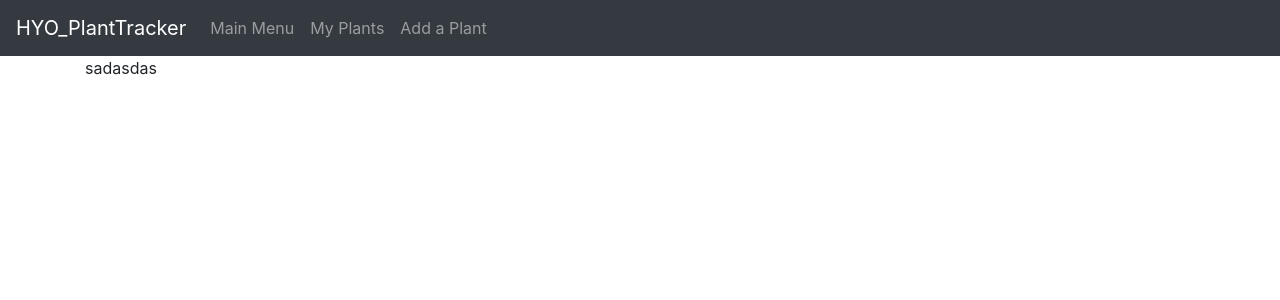
Repository: emersonwilliams/HYO_PlantTracker
Page: capstone_app/plant_tracker/templates/myplants.html
These files come from the project's save history. The page is drawn as it stood at one moment and after a run of saves; the edit follows.
The browser window is 1280 px wide. The pictures show the whole page.

Above is the page before, as saved 2020-08-01 23:34:15.
Not found: capstone_app/plant_tracker/css/myplants.css

After the next 2 saves:
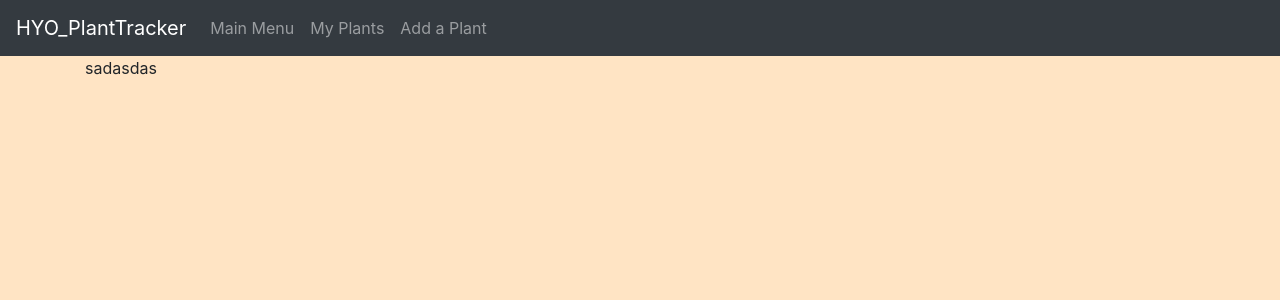
The 2 saves are shown as one change because they came seconds apart.
The last was saved 12 s later.
--- a/capstone_app/plant_tracker/templates/myplants.html
+++ b/capstone_app/plant_tracker/templates/myplants.html
@@ -8,7 +8,7 @@
     <link rel="stylesheet" href="https://stackpath.bootstrapcdn.com/bootstrap/4.5.0/css/bootstrap.min.css" integrity="sha384-9aIt2nRpC12Uk9gS9baDl411NQApFmC26EwAOH8WgZl5MYYxFfc+NcPb1dKGj7Sk" crossorigin="anonymous">
     <script src="https://code.jquery.com/jquery-3.5.1.slim.min.js" integrity="sha384-DfXdz2htPH0lsSSs5nCTpuj/zy4C+OGpamoFVy38MVBnE+IbbVYUew+OrCXaRkfj" crossorigin="anonymous"></script>
     <script src="https://cdn.jsdelivr.net/npm/popper.js@1.16.0/dist/umd/popper.min.js" integrity="sha384-Q6E9RHvbIyZFJoft+2mJbHaEWldlvI9IOYy5n3zV9zzTtmI3UksdQRVvoxMfooAo" crossorigin="anonymous"></script>
-    <link rel="stylesheet" type = "text/css" href='../css/myplants.css'>
+    <link rel="stylesheet" type = "text/css" href='..static/css/myplants.css'>
 
 </head>
 
